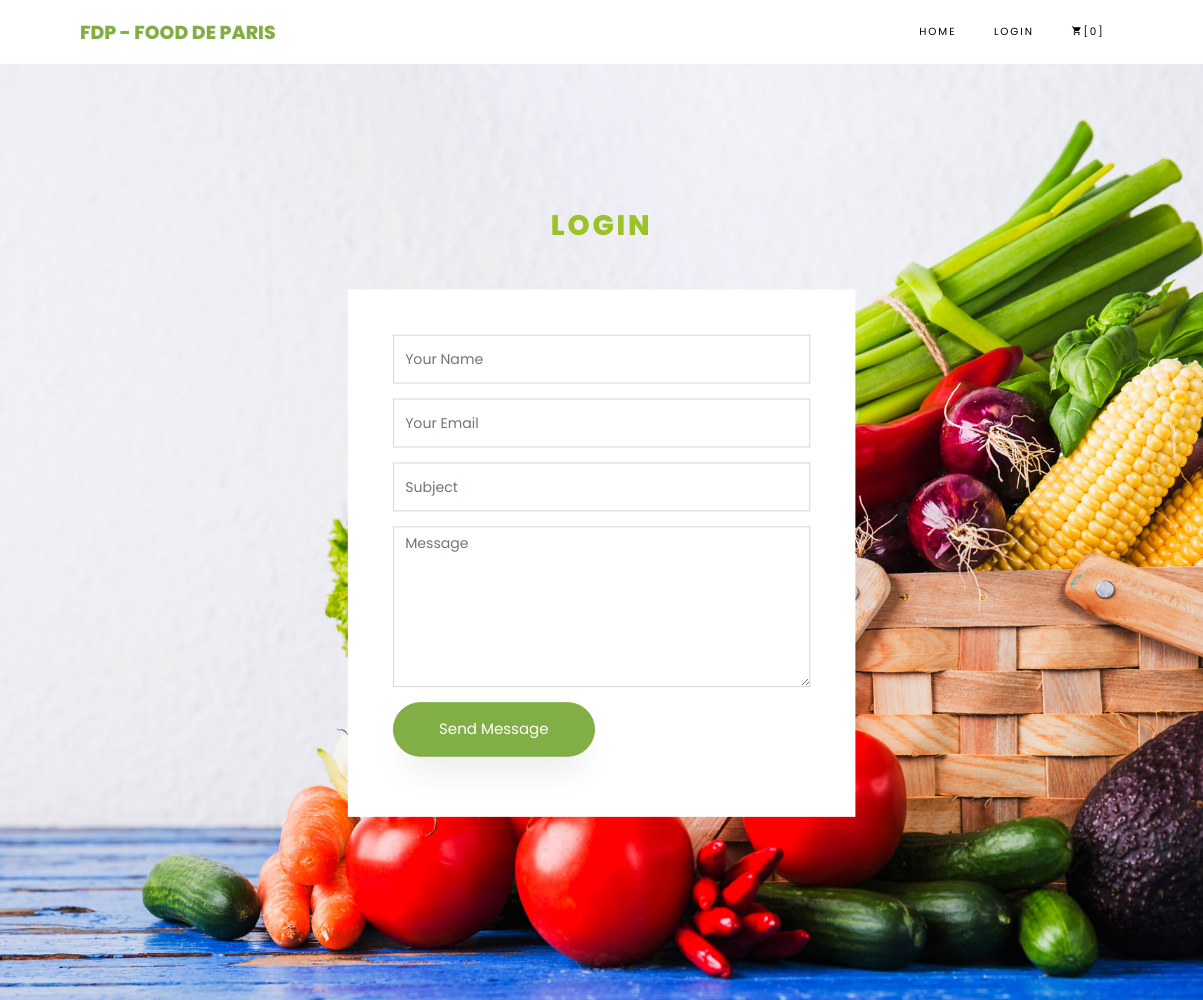
Repository: MacCampers/java-stuff
Page: workspaceJSP/projetRestaurant/WebContent/login.html
An editor plug-in stored every save of this project. The page is shown before and after the next save, followed by the edit.
The browser window is 1280 px wide. The pictures show the whole page, at 94% of full size.
Some web fonts or font styles are not loaded; a fallback is used.

Above is the page before, as saved 2020-02-07 14:16:08.

After the next save:
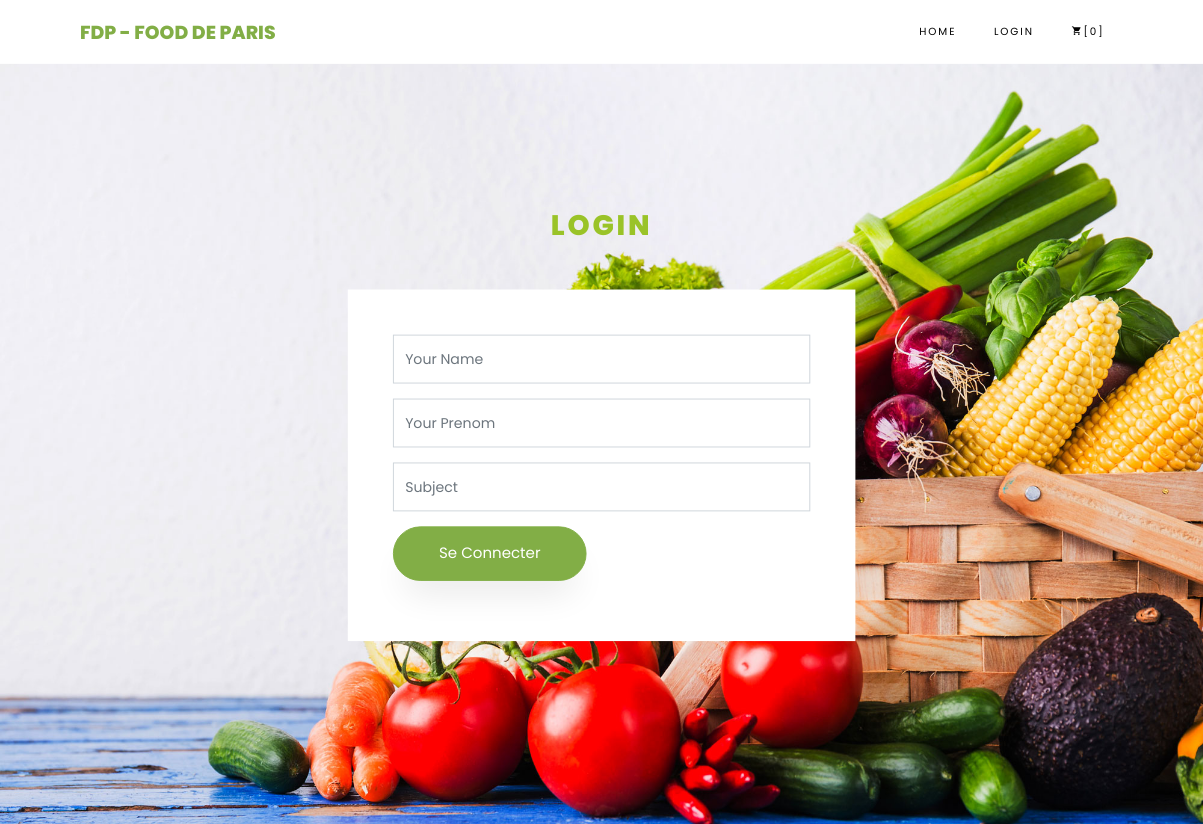
Saved 87 s later.
--- a/workspaceJSP/projetRestaurant/WebContent/login.html
+++ b/workspaceJSP/projetRestaurant/WebContent/login.html
@@ -80,17 +80,13 @@
 							<input type="text" class="form-control" placeholder="Your Name">
 						</div>
 						<div class="form-group">
-							<input type="text" class="form-control" placeholder="Your Email">
+							<input type="text" class="form-control" placeholder="Your Prenom">
 						</div>
 						<div class="form-group">
 							<input type="text" class="form-control" placeholder="Subject">
 						</div>
 						<div class="form-group">
-							<textarea name="" id="" cols="30" rows="7" class="form-control"
-								placeholder="Message"></textarea>
-						</div>
-						<div class="form-group">
-							<input type="submit" value="Send Message"
+							<input type="submit" value="Se Connecter"
 								class="btn btn-primary py-3 px-5">
 						</div>
 					</form>
